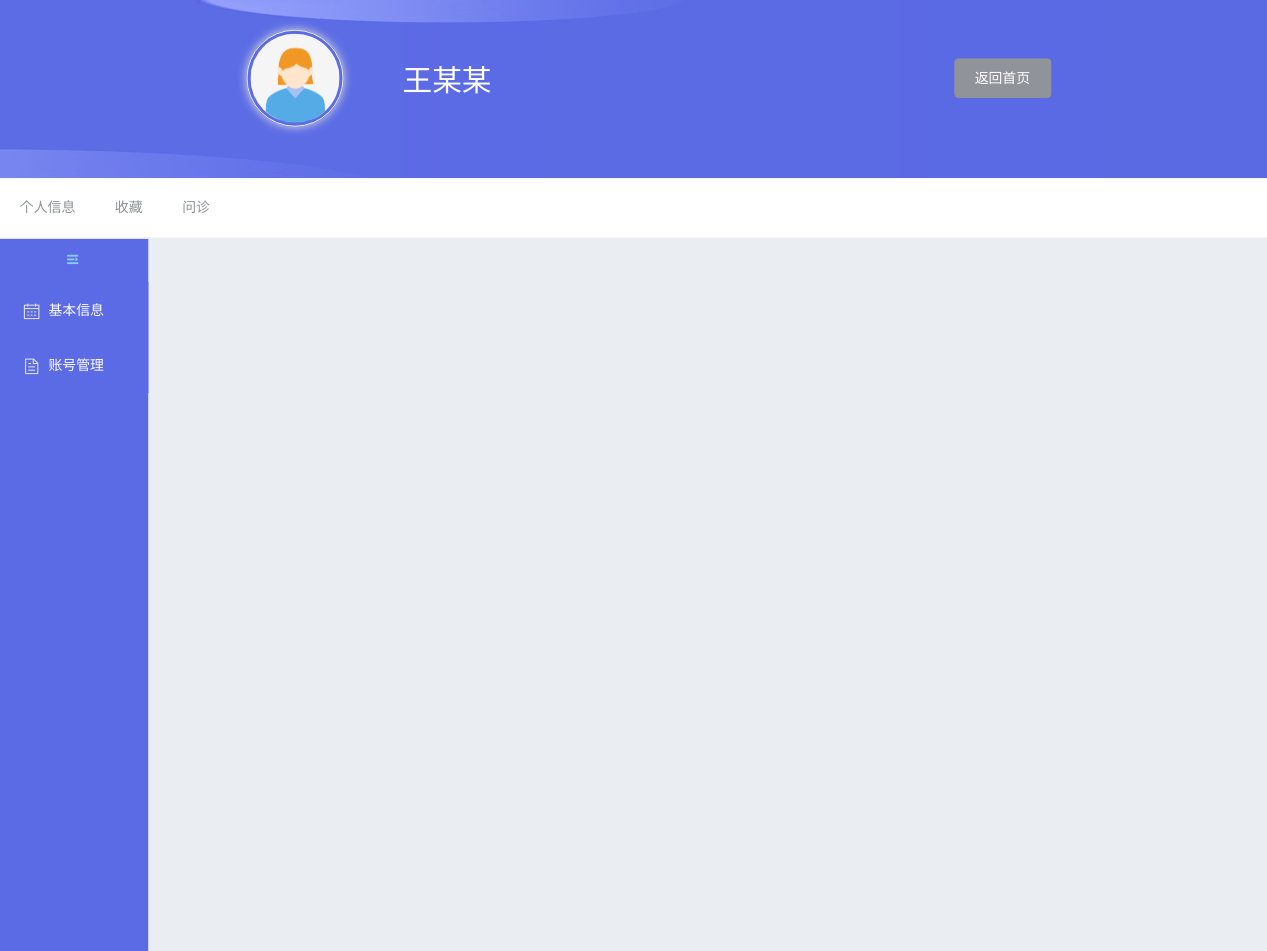
Repository: DiscreteL/SOA_Front
Page: /#/userhome2
The author's editor kept a copy of each file at every save. The page is drawn from the files as they stood at one save, then again after the next save.
The browser window is 1280 px wide. The pictures show the whole page, at 99% of full size.
The project was rebuilt for these pictures with package versions that can differ from the ones it lists, and the page was loaded fresh each time. Also part of the build but not shown: vue.config.js, src/components/navigation.vue, src/components/dialog.vue, src/views/news.vue, src/components/announcement.vue, src/components/patientKnow.vue, src/views/Home.vue, src/views/login.vue and 17 more.

Above is the page before, as saved 2021-11-29 09:36:57.

After the next save:
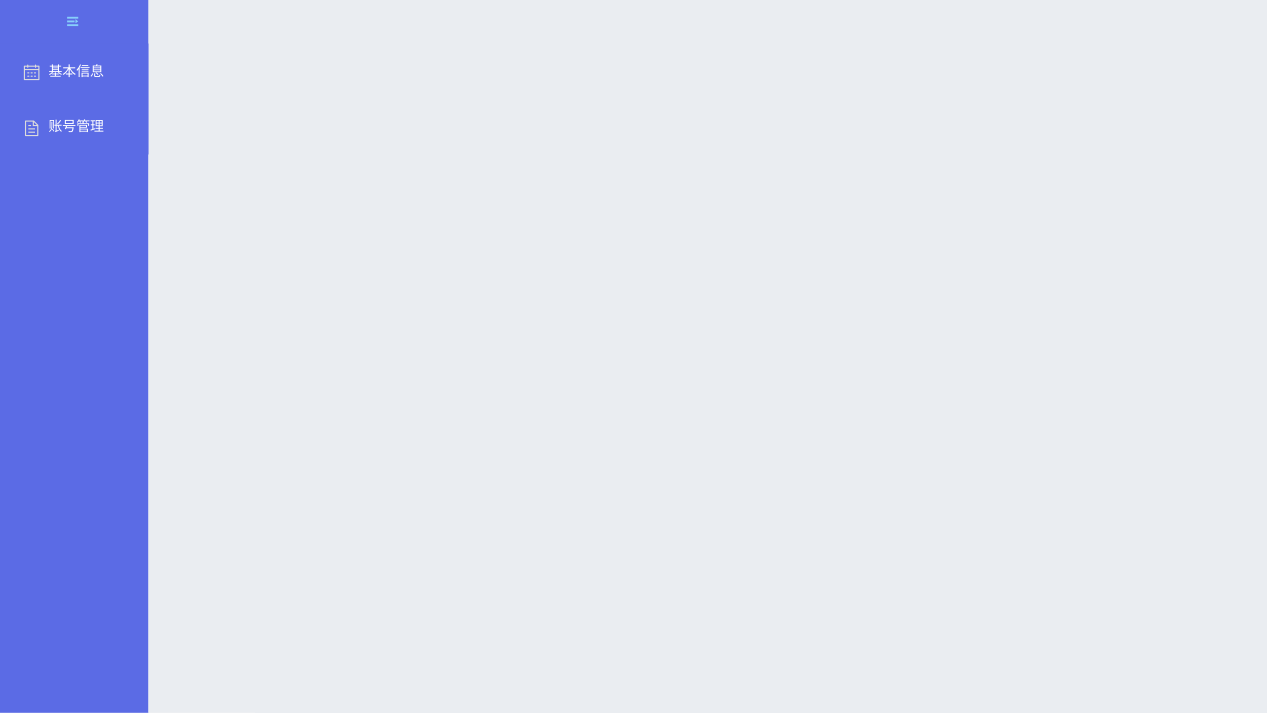
Saved 4 min 2 s later.
--- a/src/views/doctor/userHome2.vue
+++ b/src/views/doctor/userHome2.vue
@@ -55,7 +55,7 @@
 </template>
 
 <script>
-import UserHomeNav from "@/components/userhomenav.vue";
+import UserHomeNav from "@/components/userhomenav2.vue";
 
 export default {
   name: "userHome2",
